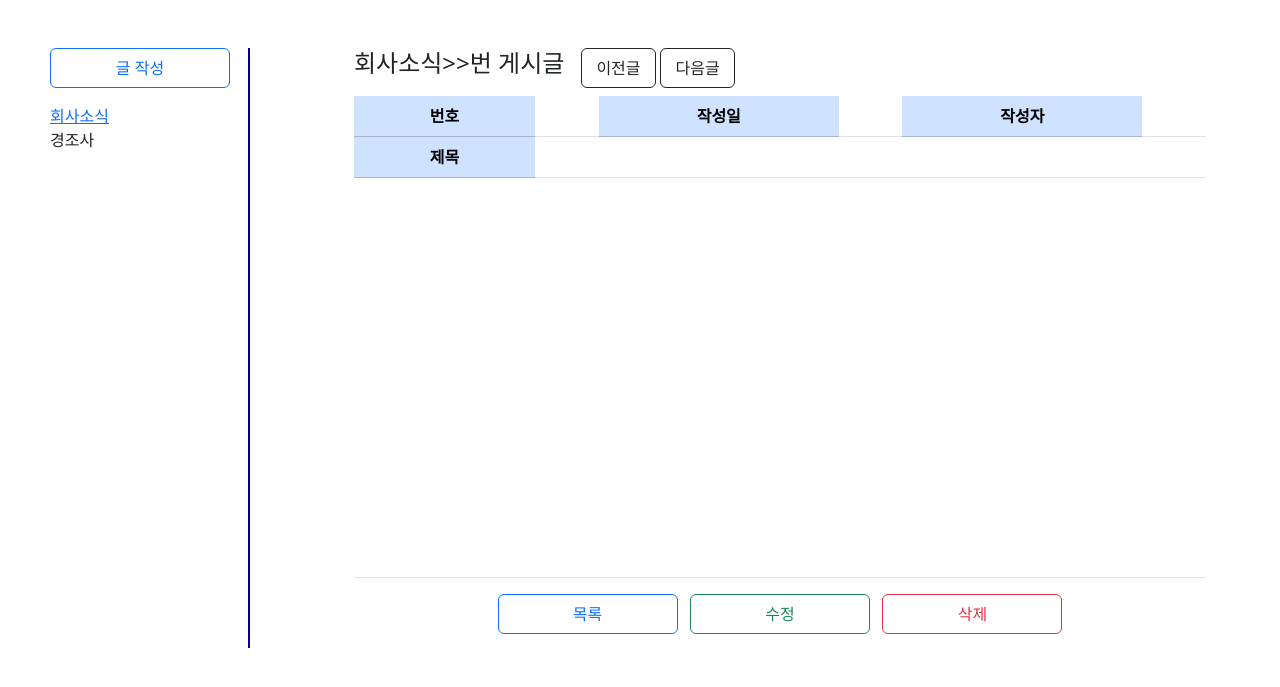
Repository: KimDongGyuu/final
Page: http://localhost/aceworks/WEB-INF/views/company_news/company_news_NextNews.jsp
These files come from the project's save history. The page is drawn as it stood at one moment and after the next save; the edit follows.
The browser window is 1280 px wide. The pictures show the whole page.
The page is served by Tomcat 9. Nobody is signed in. Other server files are loaded and not shown. The template is opened directly, without the code that normally fills it, so the values that code supplies are empty.

Above is the page before, as saved 2024-03-18 15:07:24.
Console error (its wording comes from the project's code and is left out).

### aceworks/src/main/webapp/WEB-INF/views/company_news/company_news_NextNews.jsp
<%@ page language="java" contentType="text/html; charset=UTF-8"
    pageEncoding="UTF-8"%>
<%@ include file="/WEB-INF/views/include/style.jsp"%>
<%@ taglib uri="http://java.sun.com/jsp/jstl/core" prefix="c"%>
<!DOCTYPE html>
<html>
<head>
<meta charset="UTF-8">
<title>Insert title here</title>
<script>
    function deleteNews(news_idx) {
        var url = 'company_news_Delete.do?news_idx=' + news_idx;
        window.location.href = url;
    }

    function updateNews(news_idx) {
    	var url = 'company_news_UpdateForm.do?news_idx=' + news_idx;
        window.location.href = url;
    }

    function previousNews(news_idx) {
		var url = 'company_news_PreviousNews.do?news_idx=' + news_idx;
		window.location.href = url;
	}

    function nextNews(news_idx) {
		var url = 'company_news_NextNews.do?news_idx=' + news_idx;
		window.location.href = url;
	}
</script>
<style>
#left {
	width: 200px;
	height: 600px;
	float: left;
	border-right: 2px solid darkblue;
	margin-left: 50px;
}

#right {
	width: 900px;
	height: 600px;
	margin-left: 330px;
}

#bt {
	width: 180px;
	height: 40px;
}
#PNbt {
	width: 75px;
	height: 40px;
}

h3 {
	text-align: center;
}
</style>
</head>
<body>
	<div>
		<div id="left">
			<button id="bt" type="button" class="btn btn-outline-primary"
				onclick="location.href='company_news_Writeform.do';">글 작성</button>
			<div class="mt-3">
				<a href="company_news_List.do?com_idx=${dto.getCom_idx()}">회사소식</a> <br> 경조사
			</div>
		</div>
		<div id="right">
			<div class="container">
			<div class="container">
				<div class="mt-5 mb-2">
					<span class="h4">회사소식&gt;&gt;${newsDto.news_idx }번 게시글</span>&nbsp;
					&nbsp;
					<button id="PNbt" type="button" class="btn btn-outline-dark"
						onclick="previousNews(${newsDto.news_idx},${dto.getCom_idx()});">이전글</button>
					<button id="PNbt" type="button" class="btn btn-outline-dark"
						onclick="nextNews(${newsDto.news_idx},${dto.getCom_idx()});">다음글</button>
				</div>
				<table width="1000" cellspacing="0" class="table">
					<tr align="center">
						<th class="table-primary">번호</th>
						<td>${newsDto.news_idx }</td>
						<th class="table-primary">작성일</th>
						<td>${newsDto.news_writedate }</td>
						<th class="table-primary">작성자</th>
						<td>${newsDto.news_writer }</td>
					</tr>
					<tr>
						<th class="text-center table-primary">제목</th>
						<td colspan="6">${newsDto.news_title }</td>
					</tr>
					<tr height="400">
						<td colspan="6" align="left" valign="top">${newsDto.news_content }</td>
					</tr>
				</table>

				<div class="d-flex justify-content-center">
					<button id="bt" type="button" class="btn btn-outline-primary"
						onclick="location.href='company_news_List.do?com_idx=${dto.getCom_idx()}';">목록</button>
					&nbsp; &nbsp;
					<button id="bt" type="button" class="btn btn-outline-success" onclick="updateNews(${newsDto.news_idx});">수정</button>
					&nbsp; &nbsp;
					<button id="bt" type="button" class="btn btn-outline-danger" onclick="deleteNews(${newsDto.news_idx});">삭제</button>
				</div>
			</div>
		</div>
	</div>
</body>
</html>

### aceworks/src/main/webapp/WEB-INF/views/include/style.jsp
<%@ page language="java" contentType="text/html; charset=UTF-8"
    pageEncoding="UTF-8"%>
<!DOCTYPE html>
<html>
<head>
<meta charset="UTF-8">
<title>Insert title here</title>
<link
   href="https://cdn.jsdelivr.net/npm/bootstrap@5.3.3/dist/css/bootstrap.min.css"
   rel="stylesheet"
   integrity="sha384-QWTKZyjpPEjISv5WaRU9OFeRpok6YctnYmDr5pNlyT2bRjXh0JMhjY6hW+ALEwIH"
   crossorigin="anonymous">
<script
   src="https://cdn.jsdelivr.net/npm/bootstrap@5.3.3/dist/js/bootstrap.bundle.min.js"
   integrity="sha384-YvpcrYf0tY3lHB60NNkmXc5s9fDVZLESaAA55NDzOxhy9GkcIdslK1eN7N6jIeHz"
   crossorigin="anonymous"></script>
<script
   src="https://cdn.jsdelivr.net/npm/@popperjs/core@2.11.8/dist/umd/popper.min.js"
   integrity="sha384-I7E8VVD/ismYTF4hNIPjVp/Zjvgyol6VFvRkX/vR+Vc4jQkC+hVqc2pM8ODewa9r"
   crossorigin="anonymous"></script>
<script
   src="https://cdn.jsdelivr.net/npm/bootstrap@5.3.3/dist/js/bootstrap.min.js"
   integrity="sha384-0pUGZvbkm6XF6gxjEnlmuGrJXVbNuzT9qBBavbLwCsOGabYfZo0T0to5eqruptLy"
   crossorigin="anonymous"></script>
</head>
<body>

</body>
</html>

After the next save:
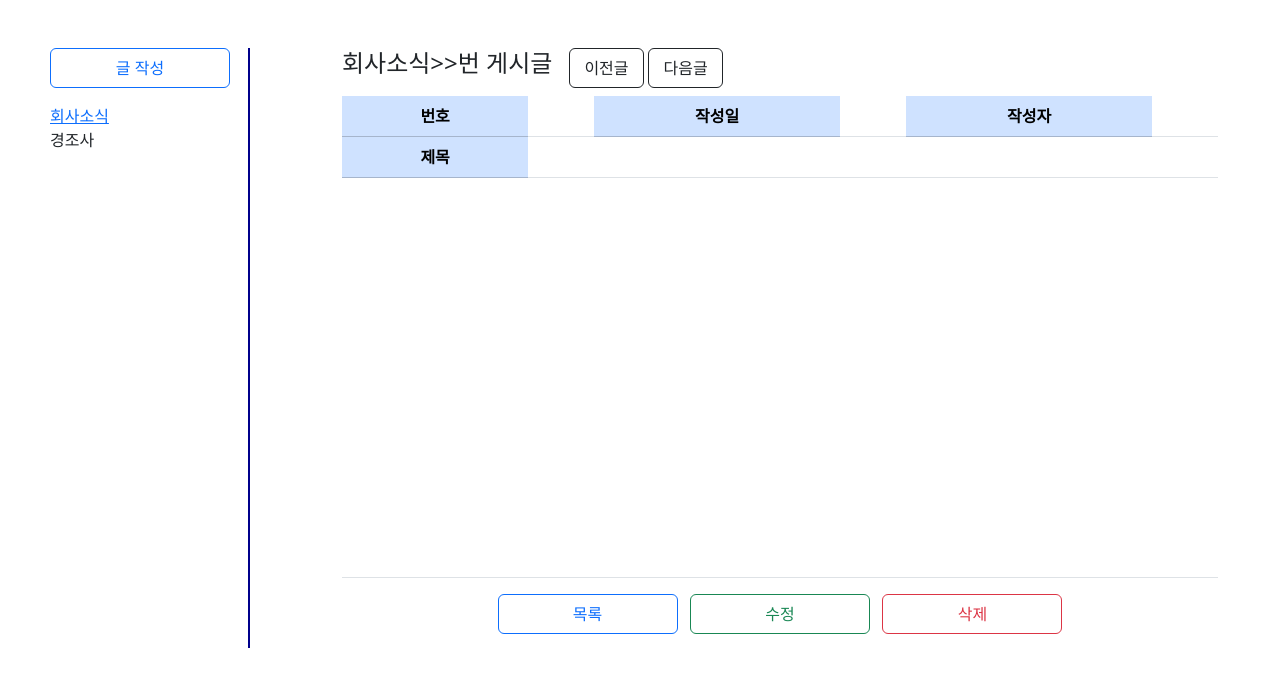
Saved 37 s later.
--- a/aceworks/src/main/webapp/WEB-INF/views/company_news/company_news_NextNews.jsp
+++ b/aceworks/src/main/webapp/WEB-INF/views/company_news/company_news_NextNews.jsp
@@ -68,7 +68,6 @@ h3 {
 		</div>
 		<div id="right">
 			<div class="container">
-			<div class="container">
 				<div class="mt-5 mb-2">
 					<span class="h4">회사소식&gt;&gt;${newsDto.news_idx }번 게시글</span>&nbsp;
 					&nbsp;
